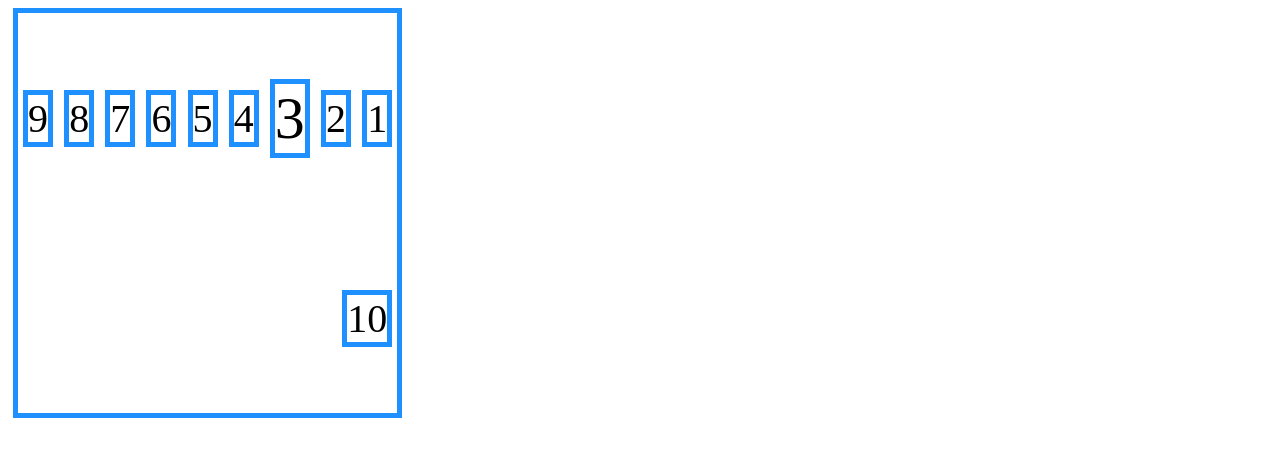
Repository: eversonps/flexbox-grid-css
Page: flexbox/flexbox1.html
The author's editor kept a copy of each file at every save. The page is drawn from the files as they stood at one save, then again after the next save.
The browser window is 1280 px wide. The pictures show the whole page.

Above is the page before, as saved 2022-03-23 15:32:03.

After the next save:
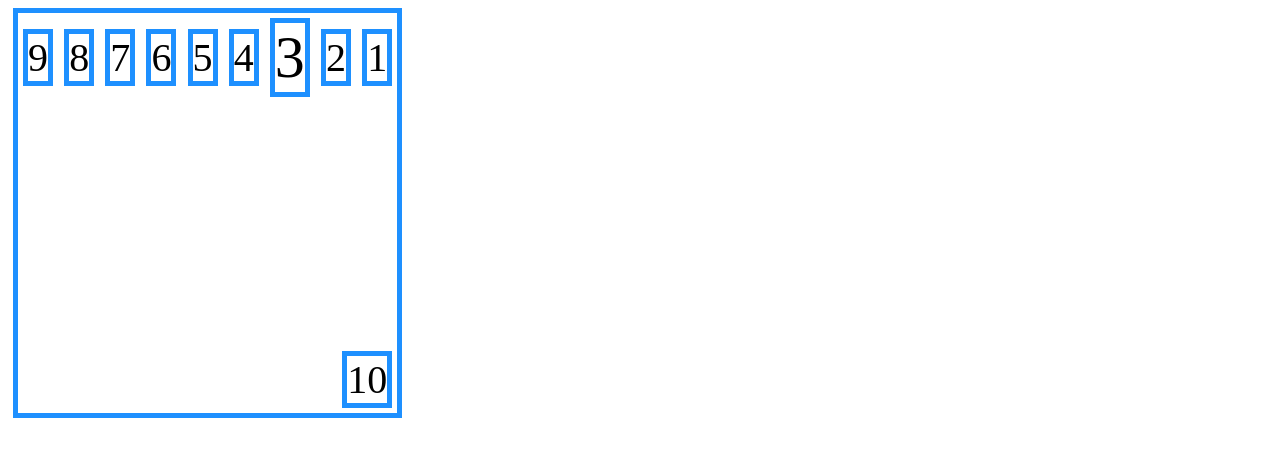
Saved 28 s later.
--- a/flexbox/flexbox1.html
+++ b/flexbox/flexbox1.html
@@ -50,6 +50,7 @@
             align-content: flex-end;
             align-content: center;
             align-content: space-around;
+            align-content: space-between;
         }
 
     </style>
